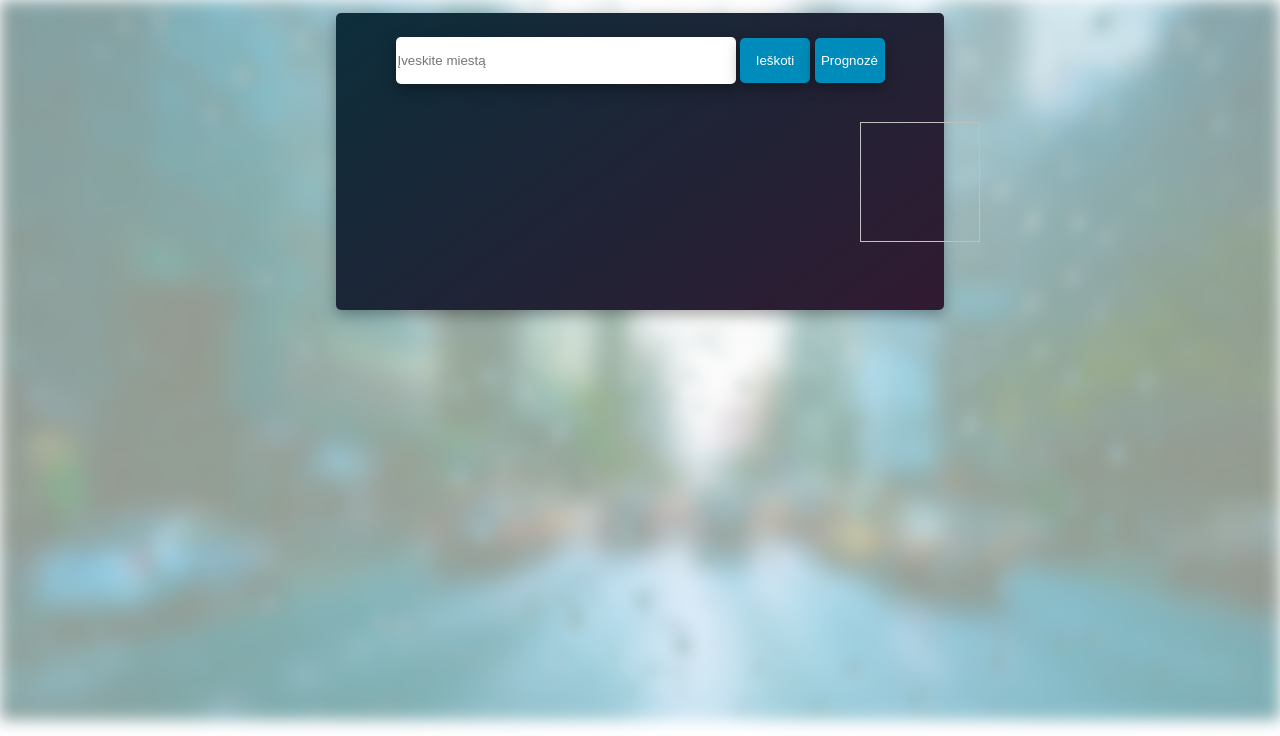
Repository: daxazz1/Weather-app
Page: index.html
The author's editor kept a copy of each file at every save. The page is drawn from the files as they stood at one save, then again after the next save.
The browser window is 1280 px wide. The pictures show the whole page.

Above is the page before, as saved 2021-11-08 15:45:01.

After the next save:
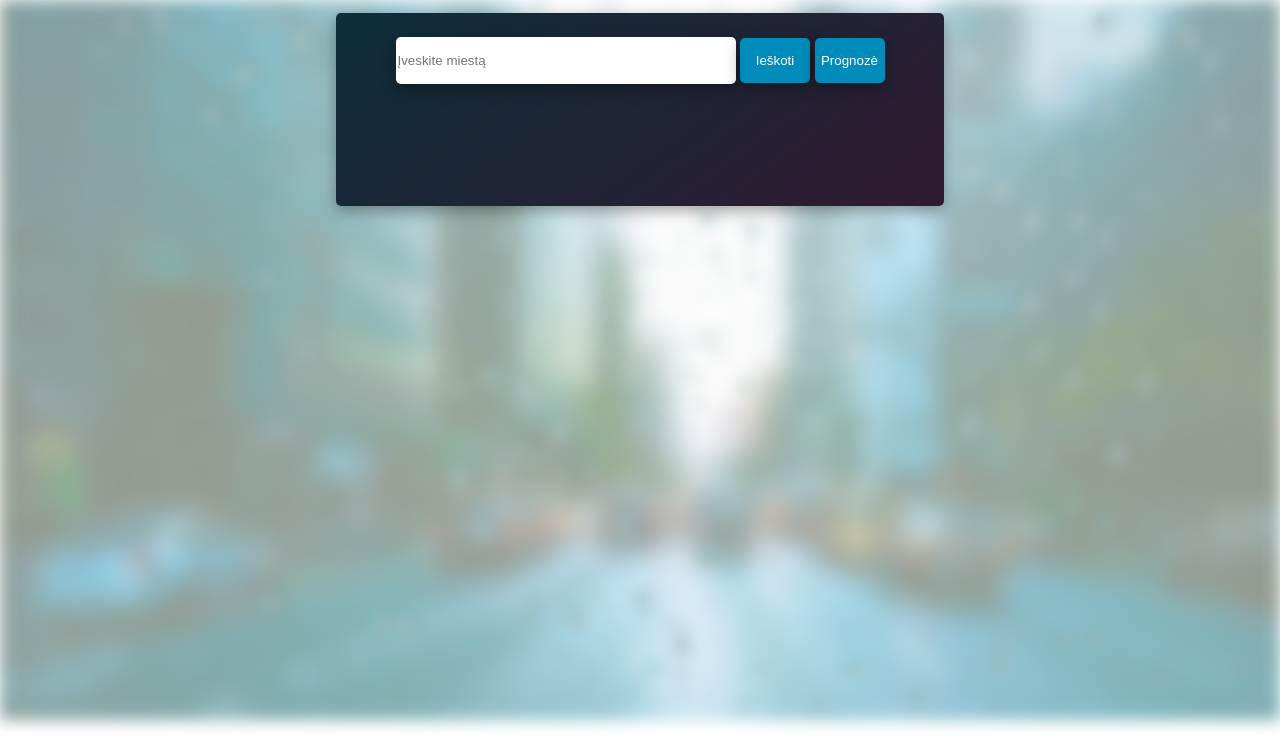
Saved 11 s later.
--- a/style.css
+++ b/style.css
@@ -110,8 +110,6 @@ img {
   position: relative;
   top: 50%;
   left: 50%;
-  width: 120px;
-  height: 120px;
 
   -webkit-animation: spin 1s linear infinite;
   -moz-animation: spin 1s linear infinite;
